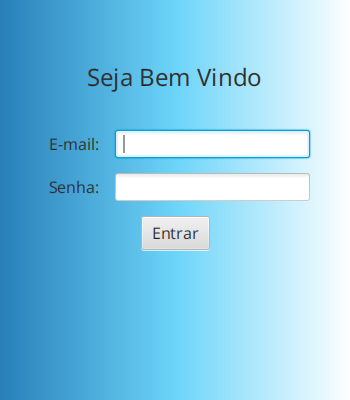
Repository: vitmac1/eclipse-workspace-project
Program's window: java exercicios-javafx/src/fxml/AppFXML.java
These files come from the project's save history. The program's window is drawn as it stood at one moment and after the next save; the edit follows.
It runs on Java 21 on a 1366 x 768 screen with JavaFX 11; the title bar is not drawn.

Above is the program's window before, as saved 2022-10-21 20:05:02.

### exercicios-javafx/src/fxml/AppFXML.java
package fxml;

import java.net.URL;

import javafx.application.Application;
import javafx.fxml.FXMLLoader;
import javafx.scene.Scene;
import javafx.scene.layout.GridPane;
import javafx.stage.Stage;

public class AppFXML extends Application{

	@Override
	public void start(Stage primaryStage) throws Exception {
		String arquivoCSS = getClass().getResource("/fxml/Login.css").toExternalForm();
		URL arquivoFXML = getClass().getResource("/fxml/Login.fxml");
		GridPane raiz = FXMLLoader.load(arquivoFXML);

		Scene cena = new Scene(raiz, 350, 400);
		cena.getStylesheets().add(arquivoCSS);

		primaryStage.setResizable(false);
		primaryStage.setTitle("Tela Login");
		primaryStage.setScene(cena);
		primaryStage.show();
	}

	public static void main(String[] args) { launch(args); }
}

### exercicios-javafx/src/layout/Caixa.java
package layout;

import javafx.geometry.Pos;
import javafx.scene.control.Label;
import javafx.scene.layout.Background;
import javafx.scene.layout.BackgroundFill;
import javafx.scene.layout.CornerRadii;
import javafx.scene.layout.HBox;
import javafx.scene.paint.Color;
import javafx.scene.text.Font;

public class Caixa extends HBox{

	private static int i = 0;

	private String[] cores =
	{
		"#c33c5e", "#39aac6", "#28d79a",
		"#fb750e", "#6657a8", "#f9060e"
	};

	public Caixa() {
		this(100, 100);
	}

	public Caixa(int largura, int altura) {
		setAlignment(Pos.CENTER);

		setMinWidth(largura);
		setMinHeight(altura);

		BackgroundFill fill = new BackgroundFill(
				Color.web(cores[i]), CornerRadii.EMPTY, javafx.geometry.Insets.EMPTY);
		setBackground(new Background(fill));

		i++;
		if (i == 6)i = 0;

	}

	public Caixa comTexto(String texto) {
		Label label = new Label(texto);
		label.setFont(new Font(24));
		getChildren().add(label);
		return this;
	}
}

### exercicios-javafx/src/fxml/LoginControlador.java
package fxml;

import javafx.fxml.FXML;
import javafx.scene.control.TextField;
import javafx.scene.control.PasswordField;

public class LoginControlador {

	@FXML
	private TextField campoEmail;

	@FXML
	private PasswordField campoSenha;

	public void entrar() {
		System.out.println(campoEmail.getText());
		System.out.println(campoSenha.getText());
	}

}

### exercicios-javafx/src/fxml/Login.fxml
<?xml version="1.0" encoding="UTF-8"?>

<?import javafx.geometry.Insets?>
<?import javafx.scene.layout.*?>
<?import javafx.scene.control.*?>
<?import layout.Caixa?>
<?import java.lang.Object?>

<GridPane xmlns:fx="http://javafx.com/fxml/1"
	fx:controller="fxml.LoginControlador"
	styleClass="login" hgap="15" vgap="15">

	<padding>
		<Insets left="40" right="40" top="40"/>
	</padding>

	<columnConstraints>
		<ColumnConstraints minWidth="60" prefWidth="60"
			halignment="right"/>
		<ColumnConstraints prefWidth="200" maxWidth="Infinity"
			hgrow="ALWAYS"/>
	</columnConstraints>

	<Label text="Seja Bem Vindo"
		styleClass="login-titulo"
		GridPane.columnIndex="0" GridPane.rowIndex="0"
		GridPane.columnSpan="2" GridPane.halignment="CENTER">

		<GridPane.margin>
			<Insets top="20" bottom="20"/>
 		</GridPane.margin>
	</Label>

	<Label text="E-mail:"
		styleClass="login-form-label"
		GridPane.columnIndex="0" GridPane.rowIndex="1"></Label>
	<TextField fx:id="campoEmail"
		GridPane.columnIndex="1" GridPane.rowIndex="1"></TextField>

	<Label text="Senha:"
		styleClass="login-form-label"
		GridPane.columnIndex="0" GridPane.rowIndex="2"></Label>
	<PasswordField fx:id="campoSenha"
		GridPane.columnIndex="1" GridPane.rowIndex="2"></PasswordField>

	<Button text="Entrar"
		styleClass="login-form-botao"
		GridPane.columnIndex="0" GridPane.rowIndex="3"
		GridPane.columnSpan="2" GridPane.halignment="CENTER"
		onAction="#entrar">
	</Button>

</GridPane>

### exercicios-javafx/src/fxml/Login.css
.login {
	-fx-background-color: linear-gradient(to right, rgb(41, 128, 185), rgb(109, 213, 250), rgb(255, 255, 255));
}

.login-titulo{
	-fx-font-size: 24px;
	-fx-font-fill: #FFF;
}

.login-form-label{
	-fx-font-size: 16px;
	-fx-font-fill: #FFF;
}

.login-form-botao{
	-fx-font-size: 16px;
}

After the next save:
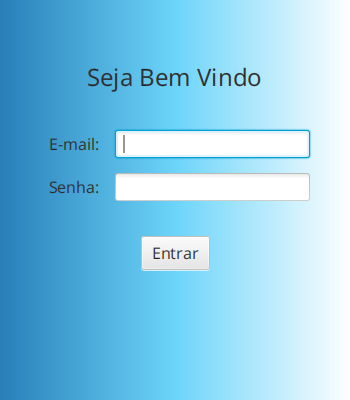
Saved 41 s later.
--- a/exercicios-javafx/src/fxml/Login.fxml
+++ b/exercicios-javafx/src/fxml/Login.fxml
@@ -48,6 +48,10 @@
 		GridPane.columnIndex="0" GridPane.rowIndex="3"
 		GridPane.columnSpan="2" GridPane.halignment="CENTER"
 		onAction="#entrar">
+
+		<GridPane.margin>
+			<Insets top="20" bottom="20"/>
+ 		</GridPane.margin>
 	</Button>
 
 </GridPane>
